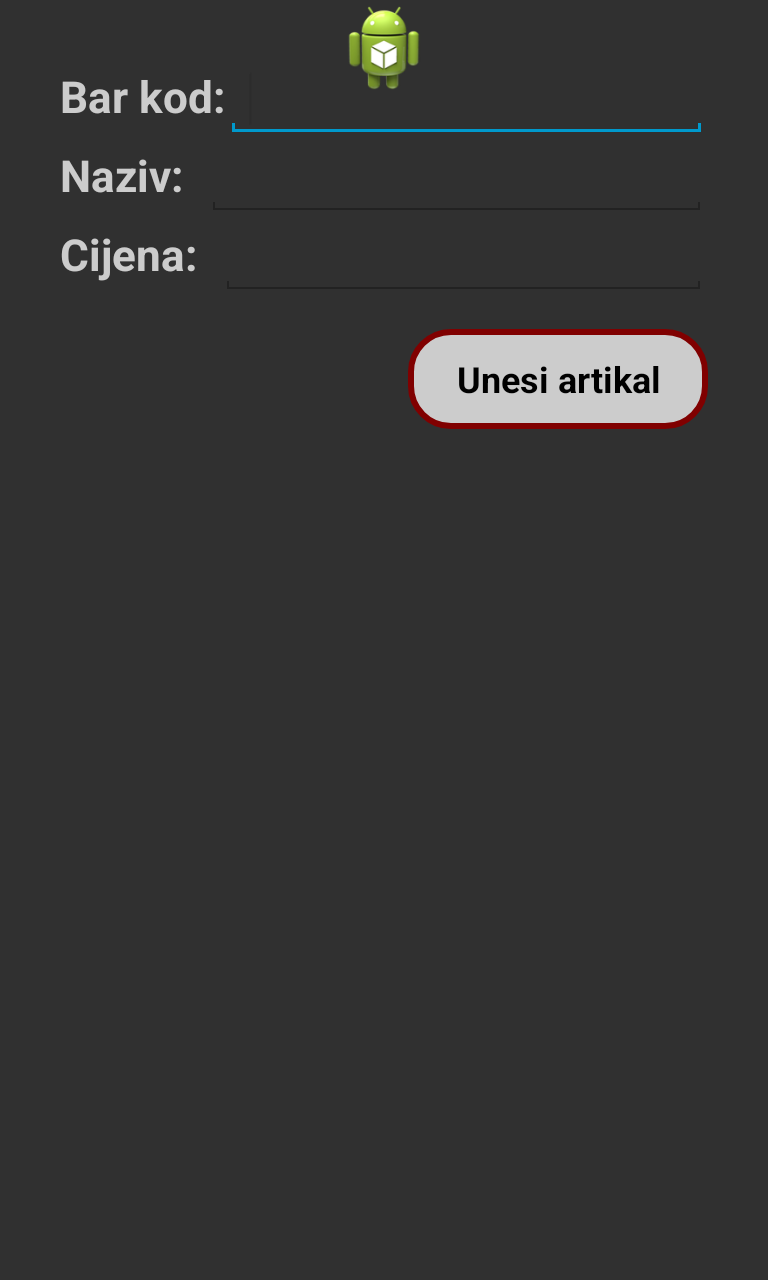
Repository: dzenisahusic/AndroidApp
Layout: Edit2014Sales/res/layout/fragment_unosartikla.xml
These files come from the project's save history. The layout is drawn as it stood at one moment and after the next save; the edit follows.
It is drawn on a 768 x 1280 px phone screen (xhdpi) without system bars, with theme AppTheme; the app's code is not run.

Above is the layout before, as saved 2014-07-15 19:50:02.

After the next save:
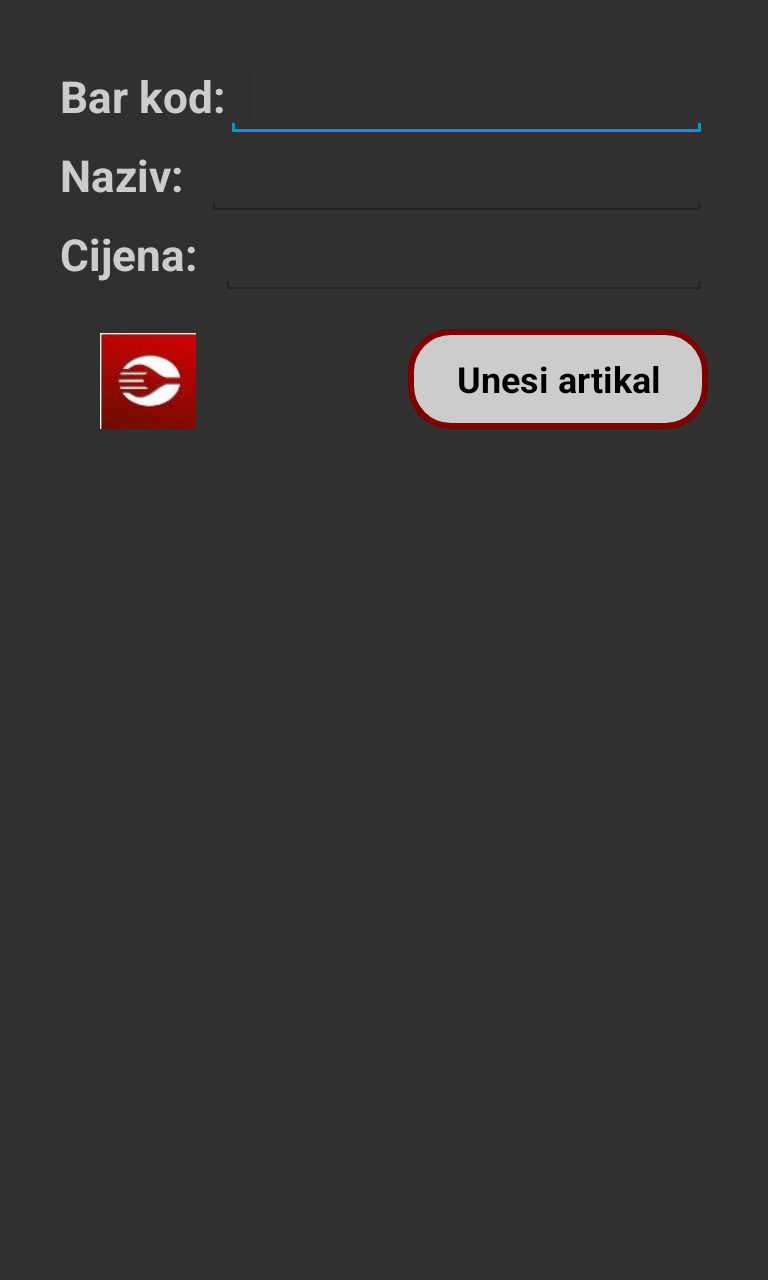
Saved 74 s later.
--- a/Edit2014Sales/res/layout/fragment_unosartikla.xml
+++ b/Edit2014Sales/res/layout/fragment_unosartikla.xml
@@ -97,14 +97,6 @@
             android:textColor="#CCCCCC" />
     </LinearLayout>
 
-    <ImageView
-                android:id="@+id/imageView1"
-                android:layout_width="wrap_content"
-                android:layout_height="wrap_content"
-                android:layout_alignParentTop="true"
-                android:layout_centerHorizontal="true"
-                android:src="@drawable/ic_launcher" />
-
     <Button
         android:id="@+id/bDodaj"
         android:layout_width="150dp"
@@ -116,4 +108,13 @@
         android:text="Unesi artikal"
         android:textStyle="bold" />
 
+    <ImageView
+        android:id="@+id/imageView1"
+        android:layout_width="wrap_content"
+        android:layout_height="wrap_content"
+        android:layout_alignBottom="@+id/bDodaj"
+        android:layout_alignLeft="@+id/linearLayout3"
+        android:layout_marginLeft="20dp"
+        android:src="@drawable/logo" />
+
 </RelativeLayout>
